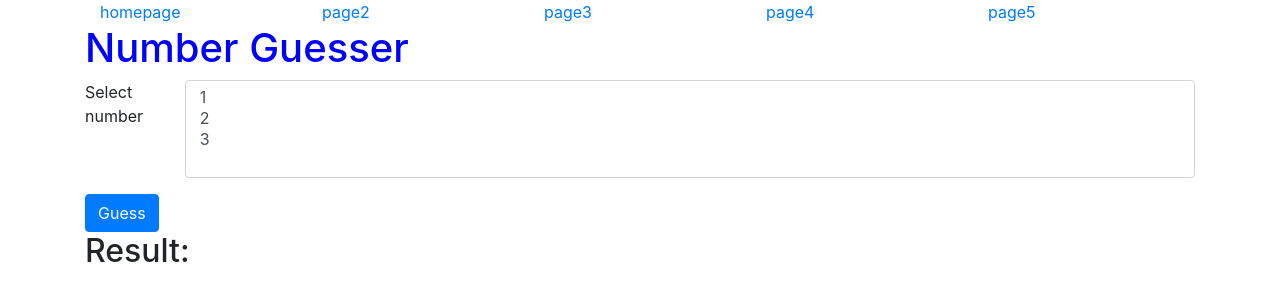
Repository: sanderdebr/cs50
Page: pset8/homepage/index.html
The author's editor kept a record of every edit. The page is drawn from the files as they stood at one moment, then again after the next edit.
The browser window is 1280 px wide. The pictures show the whole page.

Above is the page before.
Console error: TypeError: Cannot read properties of null (reading 'appendChild')

### pset8/homepage/index.html
<!DOCTYPE html>

<html lang="en">
    <head>
        <link href="https://stackpath.bootstrapcdn.com/bootstrap/4.5.0/css/bootstrap.min.css" rel="stylesheet">
        <link href="styles.css" rel="stylesheet">
        <title>My Webpage</title>
    </head>
    <body>
        <main class="container">
            <div class="container">
              <div class="row">
                  <div class="col"><a href="index.html">homepage</a></div>
                  <div class="col"><a href="page2.html">page2</a></div>
                  <div class="col"><a href="page3.html">page3</a></div>
                  <div class="col"><a href="page4.html">page4</a></div>
                  <div class="col"><a href="page5.html">page5</a></div>
                </div>
            </div>
            <h1>Number Guesser</h1>
            <form>
              <div class="form-group">
                <label for="exampleFormControlSelect2">Select number</label>
                <select multiple class="form-control" id="exampleFormControlSelect2">
                  <option>1</option>
                  <option>2</option>
                  <option>3</option>
                </select>
              </div>
              <button type="submit" class="btn btn-primary">Guess</button>
            </form>
            <article>
                <h2>Result: <span id="result"></span></h2>
            </article>
        </main>
        <script src="app.js"></script>
    </body>
</html>

### pset8/homepage/styles.css
h1 {
    color: blue;
}

html {
    width: 100%;
}

#mySelect {
    color: green;
}

.form-group {
    display: flex;
}

h1 > h2 {
    font-size: 200%;
}

div.span {
    font-size: 300%;
}

### pset8/homepage/app.js
const numberController = (function() {
    const RandomNumber = function(max) {
        this.max = max;
    }

    RandomNumber.prototype.calcRandom = function() {
        return Math.floor(Math.random() * this.max);
    }

    return {
        getRandomNumber: function(max) {
            return new RandomNumber(max);
        }
    }
})();

const UIController = (function() {
    const DOMstrings = {
        select: 'select',
        mySelect: 'mySelect',
        result: 'result',
        button: 'button'
    }

    const createLabel = function() {
        const label = document.createElement("label");
        label.innerHTML = "Select number";
        return label;
    }

    const createSelectBox = function() {
        const select = document.createElement("select");
        select.classList = 'form-control';
        select.id ="mySelect";
        for (let i = 1; i < 4; i++) {
            const option = document.createElement("option");
            option.text = i;
            select.add(option);
        }
        return select;
    }

    return {
        getSelectedNum: function() {
            const mySelect = document.getElementById(DOMstrings.mySelect);
            const selected = mySelect.value;
            return selected;
        },
        createUI: function() {
            const selectBox = createSelectBox();
            const label = createLabel();
            const select = document.getElementById(DOMstrings.select);
            select.appendChild(label);
            select.appendChild(selectBox);
        },
        getDOMstrings: function() {
            return DOMstrings;
        }
    }
})();

const controller = (function(UIctrl, numberCtrl) {
    const setupEventListeners = function() {
        const DOM = UIctrl.getDOMstrings();
        console.log(document.querySelector(DOM.button));
        document.querySelector(DOM.button).addEventListener('click', handleSubmit)
    }

    const handleSubmit = function(e) {
        e.preventDefault();
        const getNumber = numberCtrl.getRandomNumber(5);
        const randomNumber = getNumber.calcRandom();

        const selectedNum = UIctrl.getSelectedNum();

        if (selectedNum === randomNumber) {
            UIctrl.showResult('won')
        } else {
            UIctrl.showResult('lost');
        }
    }

    return {
        init: function() {
            console.log('app has started');
            UIctrl.createUI();
            setupEventListeners();
        }
    }
})(UIController, numberController);

document.addEventListener('DOMContentLoaded', controller.init);

After the next edit:
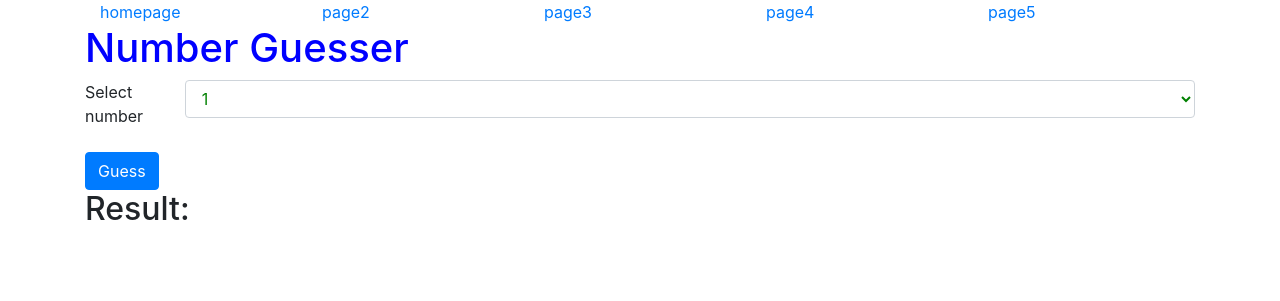
The error is gone.
The edit:
--- a/pset8/homepage/index.html
+++ b/pset8/homepage/index.html
@@ -19,15 +19,9 @@
             </div>
             <h1>Number Guesser</h1>
             <form>
-              <div class="form-group">
-                <label for="exampleFormControlSelect2">Select number</label>
-                <select multiple class="form-control" id="exampleFormControlSelect2">
-                  <option>1</option>
-                  <option>2</option>
-                  <option>3</option>
-                </select>
+              <div class="form-group" id="select">
               </div>
-              <button type="submit" class="btn btn-primary">Guess</button>
+              <button id="button" type="submit" class="btn btn-primary">Guess</button>
             </form>
             <article>
                 <h2>Result: <span id="result"></span></h2>
